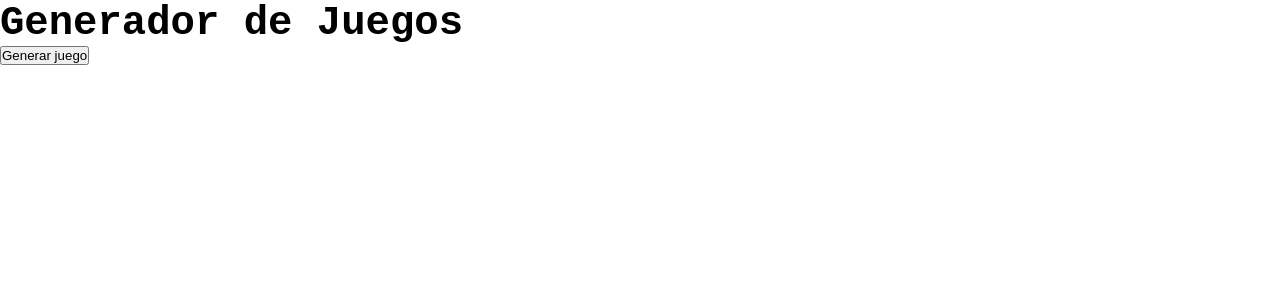
Repository: Pandrea-hub/generador-juegos
Page: public/index.html
These files come from the project's save history. The page is drawn as it stood at one moment and after the next save; the edit follows.
The browser window is 1280 px wide. The pictures show the whole page.

Above is the page before, as saved 2022-04-24 15:24:55.

### public/index.html
<!DOCTYPE html>
<html lang="en">
<head>
    <meta charset="UTF-8">
    <meta http-equiv="X-UA-Compatible" content="IE=edge">
    <meta name="viewport" content="width=device-width, initial-scale=1.0">
    <title>Generador de Dinosaurios</title>
    <link rel="stylesheet" href="./style.css">
</head>
<body>
    <header>
        <h1>Generador de Juegos</h1>
    </header>


    <main>
        <h2 id="title"></h2>
        <p id="genre"></p>
        <button id="btnLoad">Generar juego</button>
    </main>

    <footer>

    </footer>



    <script src="./script.js"></script>
</body>
</html>

### public/style.css
*{
    padding: 0;
    margin: 0;
    box-sizing: border-box;
}

html{
    font-size: 62.5%;
    font-family: monospace;
}

h1{
    font-size: 5rem;
}

### public/script.js
console.log("script.js is loaded");

document.querySelector('#btnLoad').addEventListener('click',()=>{
    getGameName();
});


async function getGameName(){
    var response = await fetch('/gamename');
    var data = await response.json();
    var number = random(1,518)


    if(data[number]== undefined){
        getGameName();
    }else{
        document.querySelector('#title').textContent = data[number].title;
        document.querySelector('#genre').textContent = data[number].genre;
    }
}

function random(min, max) {
    return Math.floor((Math.random() * (max - min + 1)) + min);
}

After the next save:
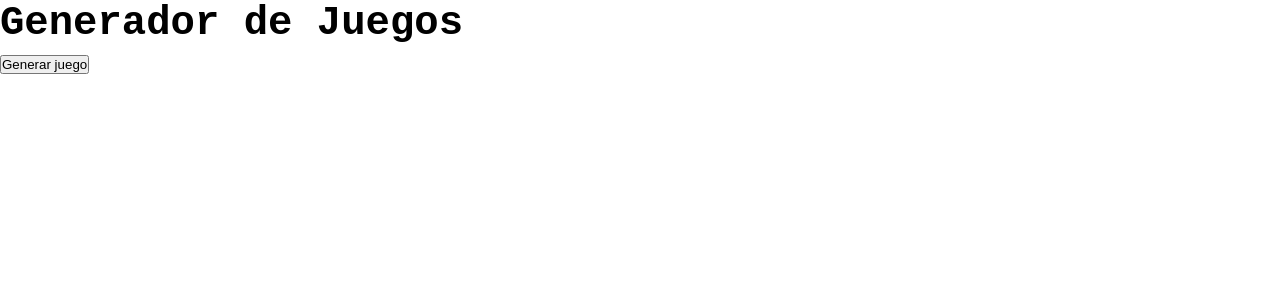
Saved 60 s later.
--- a/public/index.html
+++ b/public/index.html
@@ -14,9 +14,14 @@
 
 
     <main>
-        <h2 id="title"></h2>
-        <p id="genre"></p>
-        <button id="btnLoad">Generar juego</button>
+        <div>
+            <img id="image">
+        </div>
+        <div>
+            <h2 id="title"></h2>
+            <p id="genre"></p>
+            <button id="btnLoad">Generar juego</button>
+        </div>
     </main>
 
     <footer>
